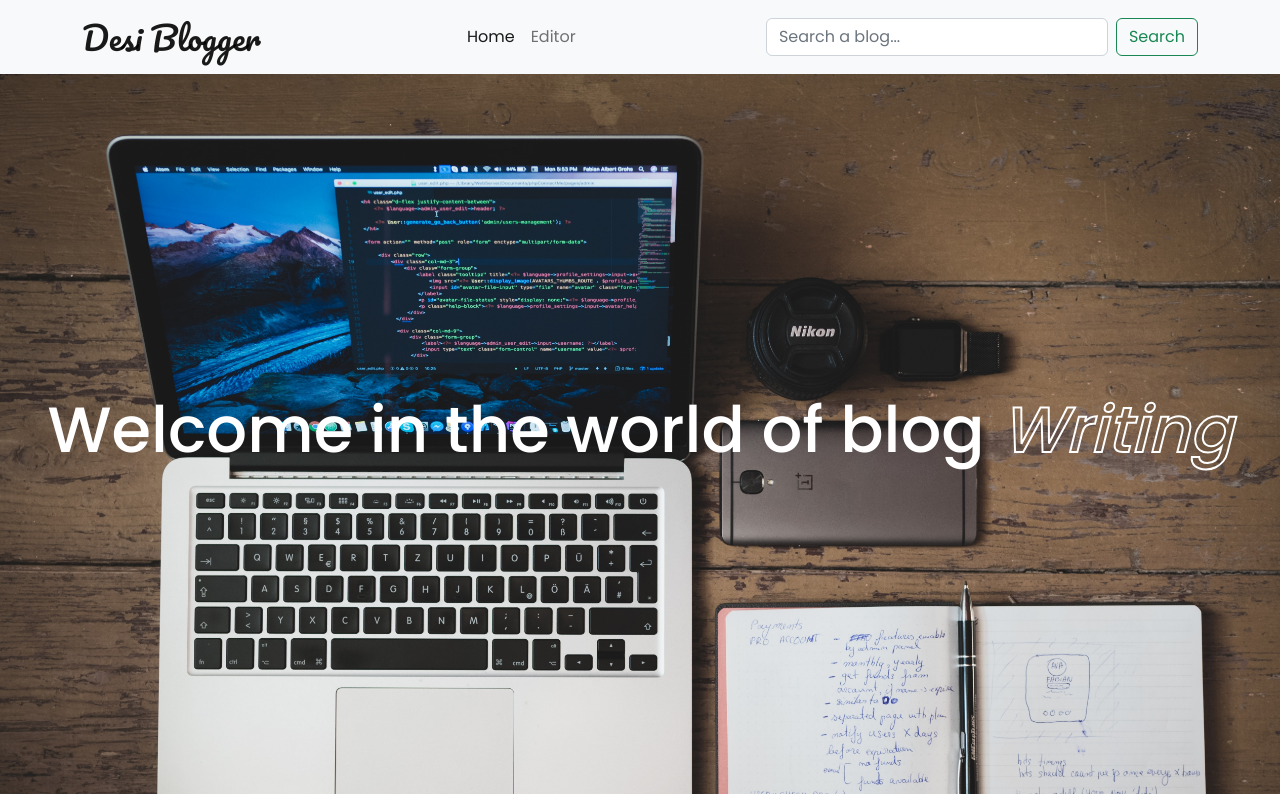
Repository: badhon252/Desi_Blogger
Page: public/home.html
These files come from the project's save history. The page is drawn as it stood at one moment and after the next save; the edit follows.
The browser window is 1280 px wide. The pictures show the whole page.

Above is the page before, as saved 2022-11-15 20:47:24.

After the next save:
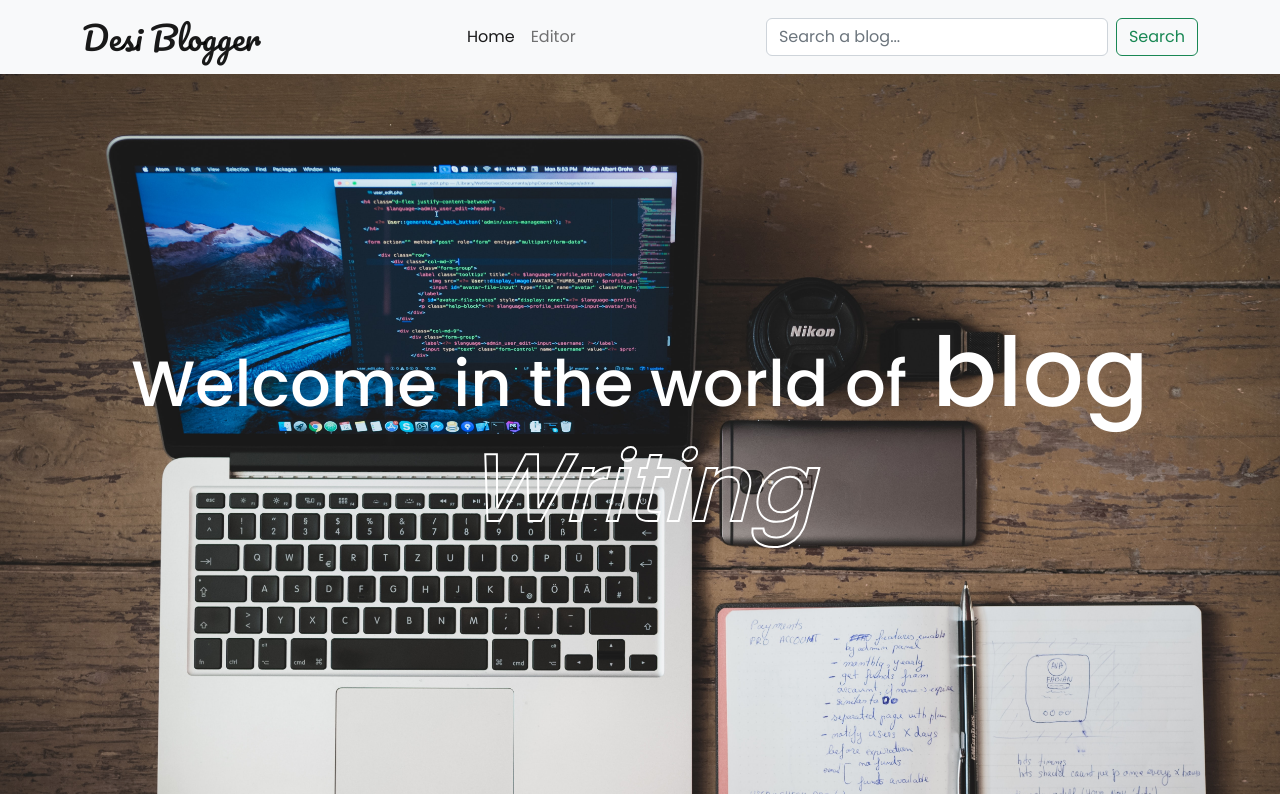
Saved 19 s later.
--- a/public/css/home.css
+++ b/public/css/home.css
@@ -45,7 +45,7 @@ body {
 }
 
 .content .heading {
-  font-size: 4rem;
+  font-size: 6rem;
   color: #fff;
   text-align: center;
 }
